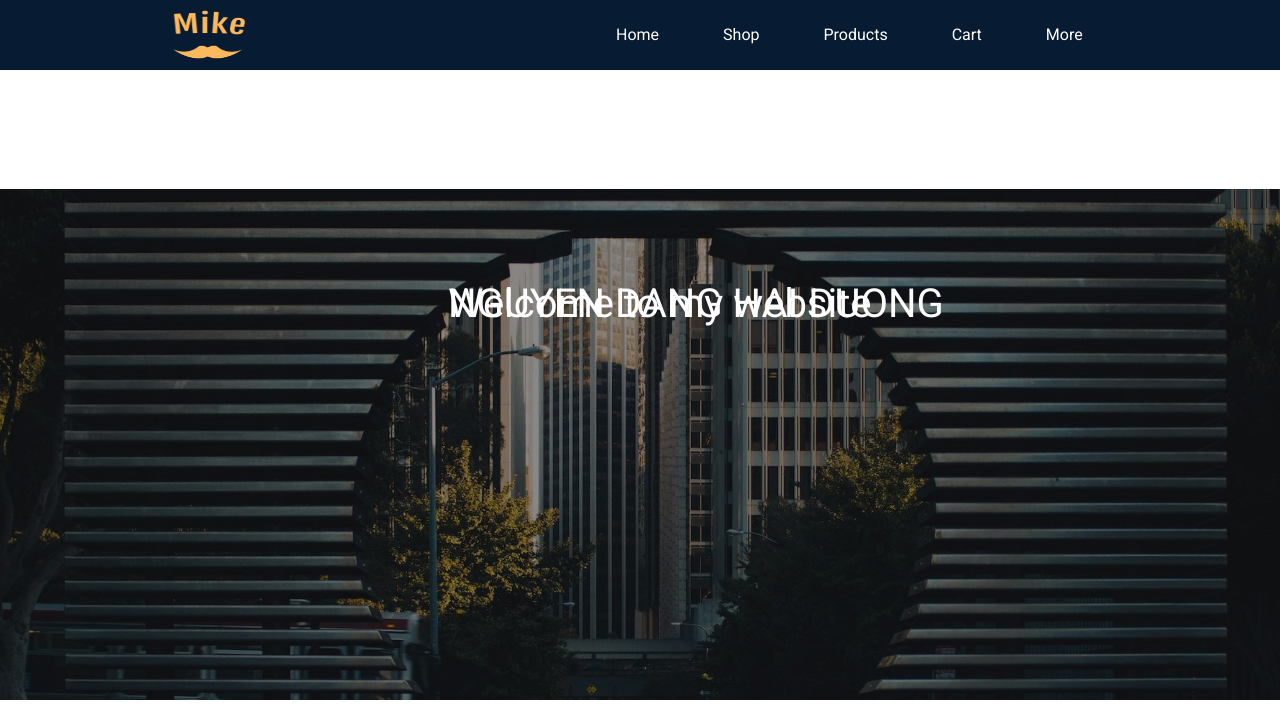
Repository: haiduong7499/Personal-Profile
Page: index.html
These files come from the project's save history. The page is drawn as it stood at one moment and after the next save; the edit follows.
The browser window is 1280 px wide. The pictures show the whole page.

Above is the page before, as saved 2021-02-28 00:37:07.

### index.html
<!DOCTYPE html>
<html lang="en">
<head>
    <meta charset="UTF-8">
    <meta http-equiv="X-UA-Compatible" content="IE=edge">
    <meta name="viewport" content="width=device-width, initial-scale=1.0">
    <link rel="stylesheet" href="style/style.css">
    <link rel="stylesheet" href="style/base.css">
    <link rel="preconnect" href="https://fonts.gstatic.com">
    <link rel="preconnect" href="https://fonts.gstatic.com">
<link href="https://fonts.googleapis.com/css2?family=Roboto:wght@400;700&display=swap" rel="stylesheet">
    <title>Project</title>
</head>
<body>
    <div id="header">
        <img src="./asset/5c0eefeb-053e-4086-8d42-7e5a35580c82_200x200.png" alt="">
            <ul id="navbar">

                <li><a href="#">Home</a></li>
                <li><a href="#">Shop</a></li>
                <li><a href="#">Products</a></li>
                <li><a href="#">Cart</a></li>
                <li><a href="#">More</a></li>
            </ul>
    </div>

    <div id="banner">
        <div class="banner-img">
            <img src="./asset/home-parallax.jpg" alt="">
        </div>

        <div class="banner-text">
            <h2>Nguyen Dang Hai Duong</h2>
            <p>Welcome to my website <br>
            </p>
        </div>
    </div>



    <div id="content">
        <div>
            <h2></h2>
            <p></p>
        </div>
        <div>
            <h2></h2>
            <p></p>
        </div>
        <div>
            <h2></h2>
            <p></p>
        </div>
    </div>

</body>
</html>

### style/style.css
*{
    padding: 0;
    margin: 0;
    box-sizing: border-box;
}
html{
    font-family: 'Roboto', sans-serif;
}

#header {
    display:flex;
    justify-content: space-around;
    height:70px;
    background:#071C33;
    position: fixed;
    top: 0;
    left: 0;
    right: 0;
    z-index: 1;
}
#header img{
    margin: 8px 0;
    width: 84px;
    height: 53px;
}

#navbar li {
    list-style: none;
    line-height: 70px;
    display:inline-block;
}

#navbar li a{
    display: inline-block;
    padding: 0 30px;
    line-height: 70px;
    text-decoration: none;
    color: #fff;
}
#navbar li:hover a{
    background-color: #fcb85d;
    color: #071C33;
}

#banner{
    width:100%;
    height:700px;
    position:relative;
    overflow:hidden;
}

#banner .banner-img img{
    position:absolute;
    bottom:-150px;
    width:100%;
}
#banner .banner-text{
}

#banner .banner-text h2{
    color: #fff;
    position:absolute;
    top: 40%;
    left: 35%;
    font-family: inherit;
    font-weight: 500;
    font-size: 40px;
    text-transform: uppercase;
}

#banner .banner-text p{
    color: #fff;
    position:absolute;
    top: 40%;
    left: 35%;
    font-family: inherit;
    font-weight: 500;
    font-size: 40px;
}

Loaded but not shown: style/base.css (no stored copy; drawn as an empty file)

After the next save:
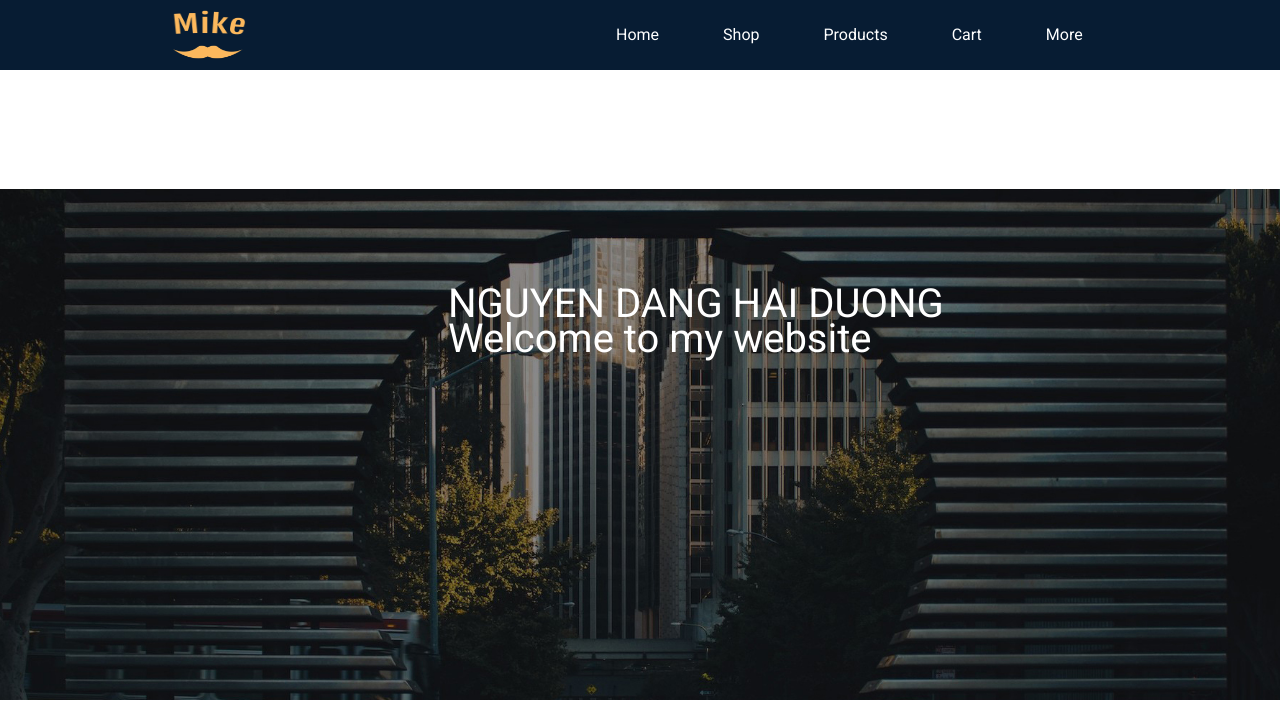
Saved 10 s later.
--- a/style/style.css
+++ b/style/style.css
@@ -71,7 +71,7 @@
 #banner .banner-text p{
     color: #fff;
     position:absolute;
-    top: 40%;
+    top: 45%;
     left: 35%;
     font-family: inherit;
     font-weight: 500;
